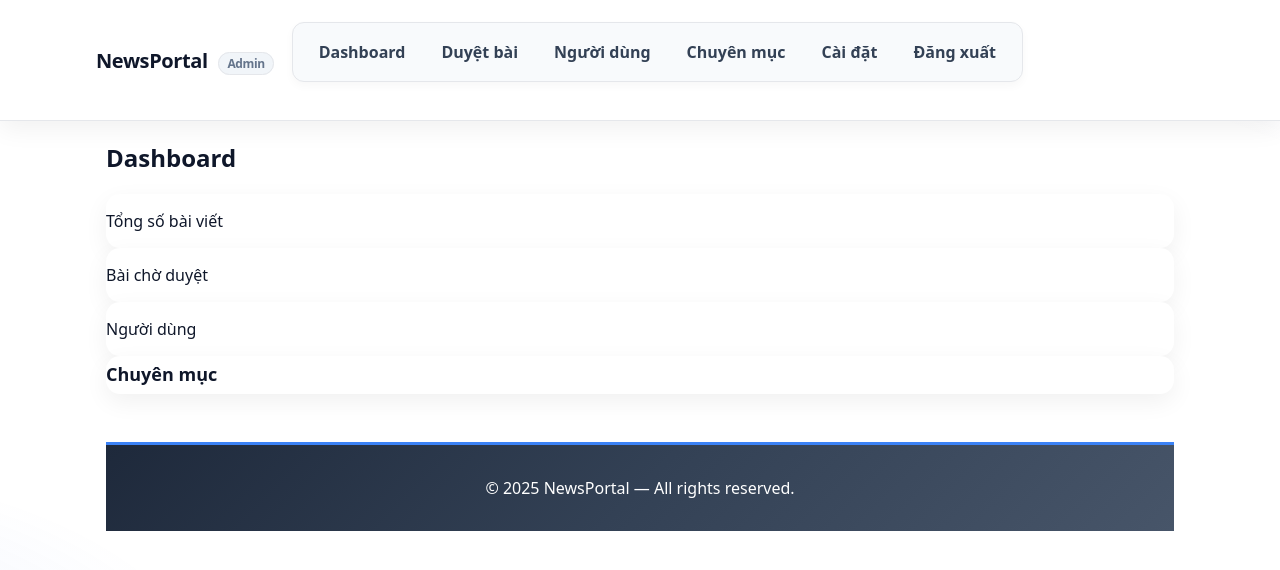
Repository: minhtvpy00202-git/Assignment_PY00202_MinhTV
Page: http://localhost/NewsPortal_PY00202/WEB-INF/views/admin/dashboard.jsp
An editor plug-in stored every save of this project. The page is shown before and after the next save, followed by the edit.
The browser window is 1280 px wide. The pictures show the whole page.
The page is served by Tomcat 10. Nobody is signed in. The template is opened directly, without the code that normally fills it, so the values that code supplies are empty.

Above is the page before, as saved 2025-10-09 11:37:29.

After the next save:
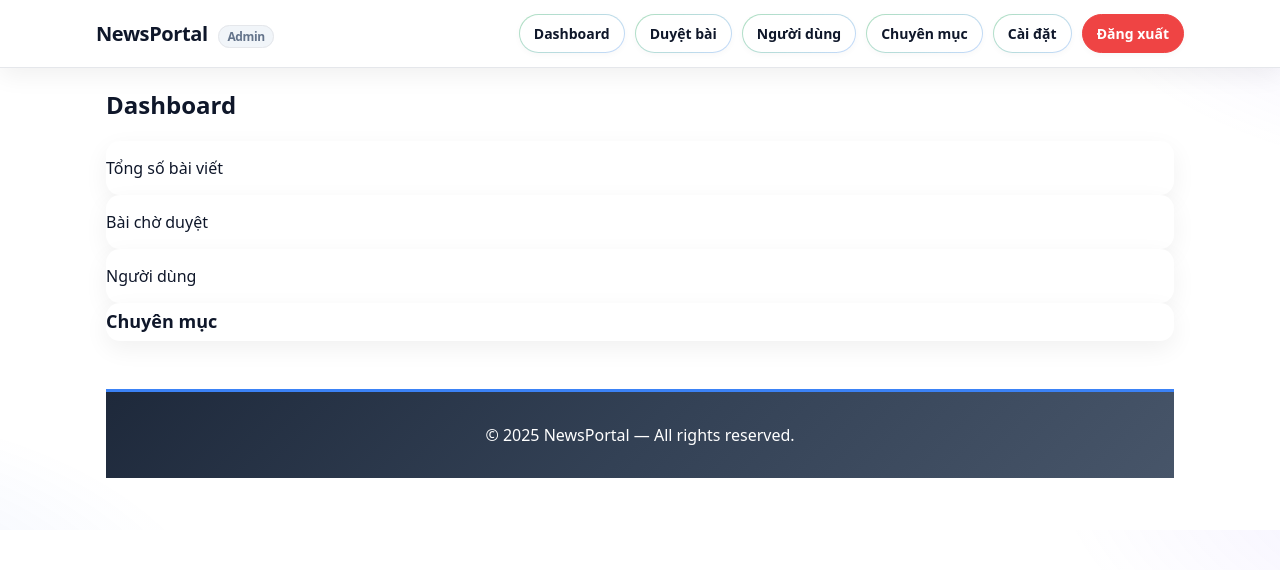
Saved 27 s later.
--- a/Assignment_NewsPortal/NewsPortal_PY00202/src/main/webapp/WEB-INF/views/layout/admin-header.jsp
+++ b/Assignment_NewsPortal/NewsPortal_PY00202/src/main/webapp/WEB-INF/views/layout/admin-header.jsp
@@ -11,7 +11,7 @@
 <header class="admin-header">
     <div class="container">
         <h1 class="logo">NewsPortal <span class="small">Admin</span></h1>
-        <nav class="subnav">
+        <nav class="nav">
             <a href="${pageContext.request.contextPath}/admin/dashboard">Dashboard</a>
             <a href="${pageContext.request.contextPath}/admin/news-approve">Duyệt bài</a>
             <a href="${pageContext.request.contextPath}/admin/users">Người dùng</a>
